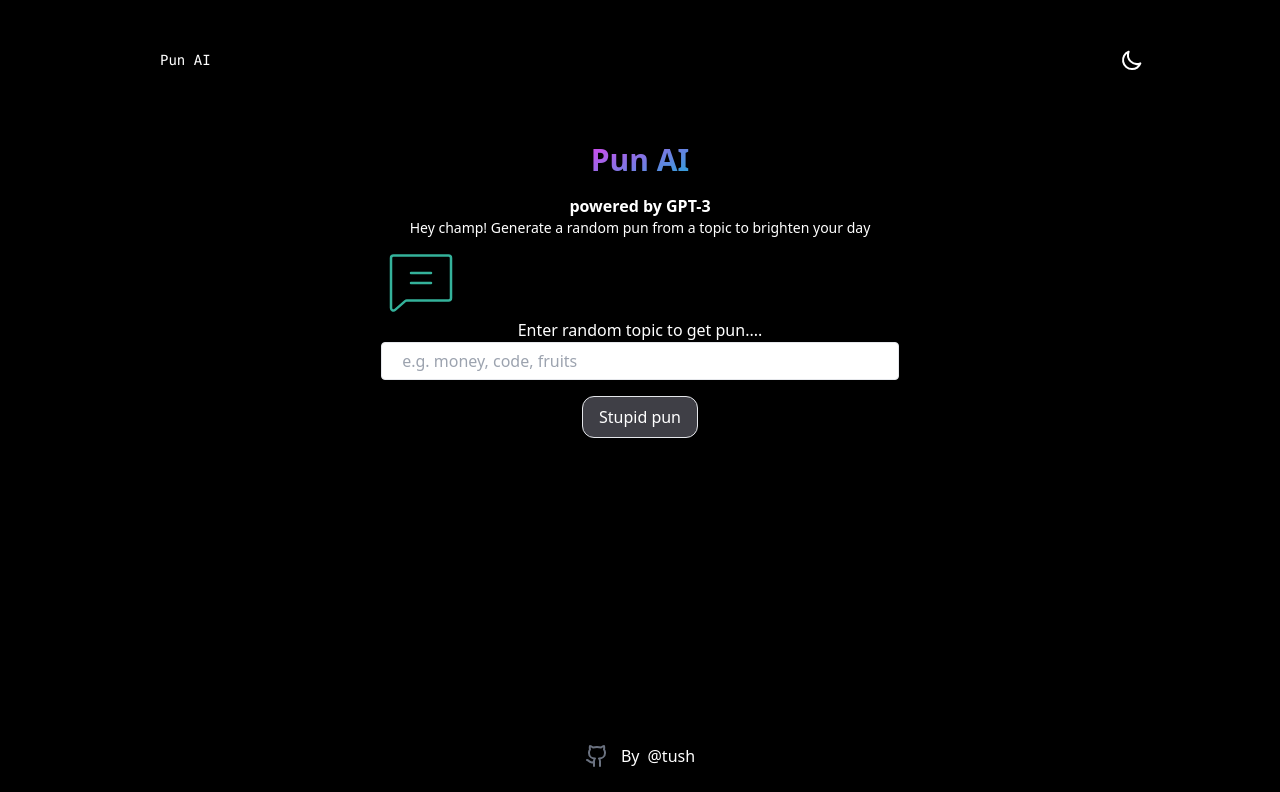
Repository: tushcmd/next-puns-ai
Page: /
The author's editor kept a copy of each file at every save. The page is drawn from the files as they stood at one save, then again after the next save.
The browser window is 1280 px wide. The pictures show the whole page.
The project was rebuilt for these pictures with package versions that can differ from the ones it lists, and the page was loaded fresh each time. The framework's server and built-in components were replaced by stand-ins that run in the browser. Also part of the build but not shown: next.config.mjs, app/components/Spinner.tsx.

Above is the page before, as saved 2024-03-08 06:36:26.

### app/layout.tsx
import type { Metadata } from "next";
import { Inter } from "next/font/google";
import "./globals.css";
import { Providers } from './components/providers'

const inter = Inter({ subsets: ["latin"] });

export const metadata: Metadata = {
  title: "Create Next App",
  description: "Generated by create next app",
};

export default function RootLayout({
  children,
}: Readonly<{
  children: React.ReactNode;
}>) {
  return (
    <html lang="en">
      <body className={`bg-background text-color {inter.className} w-full overflow-y-visible overflow-x-hidden`}>
        <Providers>
          {children}
        </Providers>

      </body>
    </html>
  );
}

### app/page.tsx
import Footer from "./components/footer";
import Header from "./components/header";
import Hero from "./components/hero";



export default function Home() {

  return (
    <main className="flex min-h-screen flex-col items-center">
      <Header />
      <Hero />
      <Footer />
    </main>
  );
}



 {/* async function handleSubmit(e: FormEvent:<HTMLFormElement>) {
    return ;
  }    */}

{/*Nav*/}
{/*
      <div className="z-10 max-w-5xl w-full items-center justify-between font-mono text-sm lg:flex">
        <p className="fixed left-0 top-0 flex w-full justify-center border-b border-gray-300 bg-gradient-to-b from-zinc-200 py-2 backdrop-blur-2xl dark:border-neutral-800 dark:bg-zinc-800/30 dark:from-inherit lg:static lg:w-auto  lg:rounded-xl lg:border lg:bg-gray-200 lg:p-0 lg:dark:bg-zinc-800/30">
          Pun AI
        </p>

        <div className="fixed bottom-0 left-0 flex h-48 w-full items-end justify-center bg-gradient-to-t from-white via-white dark:from-black dark:via-black lg:static lg:h-auto lg:w-auto lg:bg-none">
          {/*<div>
            Dak
       </div>
          <a
            className="pointer-events-none flex place-items-center gap-2 p-8 lg:pointer-events-auto lg:p-0"
            href="https://tushdev.co/"
            target="_blank"
            rel="noopener noreferrer"
          >
            By{" "}
            <p>@tush</p>
          </a>
        </div>
      </div>

      <div className="relative flex flex-col place-items-center before:absolute before:h-[300px] before:w-full sm:before:w-[480px] before:-translate-x-1/2 before:rounded-full before:bg-gradient-radial before:from-white before:to-transparent before:blur-2xl before:content-[''] after:absolute after:-z-20 after:h-[180px] after:w-full sm:after:w-[240px] after:translate-x-1/3 after:bg-gradient-conic after:from-sky-200 after:via-blue-200 after:blur-2xl after:content-[''] before:dark:bg-gradient-to-br before:dark:from-transparent before:dark:to-blue-700 before:dark:opacity-10 after:dark:from-sky-900 after:dark:via-[#0141ff] after:dark:opacity-40 before:lg:h-[360px] z-[-1]">
        <p className="p-4 lg:pb-8 text-xl">
          Generate a random pun from a topic to brighten your day <br /> with Pun AI
        </p>
        <svg
          xmlns="http://www.w3.org/2000/svg"
          width="156"
          height="156"
          viewBox="0 0 24 24"
          fill="none"
          stroke="#FFFFFF"
          stroke-width="2"
          stroke-linecap="round"
          stroke-linejoin="round"
          className="lucide lucide-smile"><circle cx="12" cy="12" r="10" /><path d="M8 14s1.5 2 4 2 4-2 4-2" /><line x1="9" x2="9.01" y1="9" y2="9" /><line x1="15" x2="15.01" y1="9" y2="9"
          />
        </svg>
      </div>

      <form className="flex flex-col justify-between mb-32 text-center lg:max-w-3xl lg:w-full lg:mb-0 lg:grid-cols-4">
        <div className='w-full mb-4'>
          <label className="block items-center justify-center mb-4" htmlFor="prompt-input">
            Enter random topic to get pun...
          </label>
          <input
            className="shadow appearance-none border rounded w-full py-2 px-3 text-gray-700 leading-tight focus:outline-none focus:shadow-outline"
            id="prompt-input"
            type="text"
            placeholder="e.g. money, code, fruits">
          </input>
        </div>
        <button
          type="submit"
          className="bg-blue-500 hover:bg-blue-700 text-white font-bold py-2 px-4 rounded focus:outline-none focus:shadow-outline"
        >
          Generate Pun
        </button>
      </form> */}

### app/globals.css
@tailwind base;
@tailwind components;
@tailwind utilities;


@layer base {
  :root {
    --foreground-rgb: 255, 255, 255;
    --background-start-rgb: 0, 0, 0;
    --background-end-rgb: 0, 0, 0;
  }

  [data-theme="dark"] {
    --foreground-rgb: 0, 0, 0;
    --background-start-rgb: 214, 219, 220;
    --background-end-rgb: 255, 255, 255;
  }


}


* {
  scroll-behavior: smooth;
}


body {
  color: rgb(var(--foreground-rgb));
  background: linear-gradient(
      to bottom,
      transparent,
      rgb(var(--background-end-rgb))
    )
    rgb(var(--background-start-rgb));
}

@layer utilities {
  .text-balance {
    text-wrap: balance;
  }
}

### app/components/providers.tsx
// app/providers.jsx

'use client'

import { ThemeProvider } from 'next-themes'
import React from 'react'

interface ProvidersProps {
  children: React.ReactNode;
}

export function Providers({ children }: ProvidersProps) {
  return <ThemeProvider>{children}</ThemeProvider>
}

### app/components/footer.tsx
import Link from "next/link";


export default function Footer() {
    return (
        <div className="inline-flex p-6 max-w-3xl gap-3 items-center text-center">
            <div>
                <Link
                    href="https://github.com/#"
                    target="_blank"
                    rel="noreferrer"
                    className="text-gray-500 hover:text-gray-900 dark:text-gray-400 dark:hover:text-gray-200"
                >
                    <svg xmlns="http://www.w3.org/2000/svg" width="24" height="24" viewBox="0 0 24 24" fill="none" stroke="currentColor" stroke-width="2" stroke-linecap="round" stroke-linejoin="round" className="lucide lucide-github"><path d="M15 22v-4a4.8 4.8 0 0 0-1-3.5c3 0 6-2 6-5.5.08-1.25-.27-2.48-1-3.5.28-1.15.28-2.35 0-3.5 0 0-1 0-3 1.5-2.64-.5-5.36-.5-8 0C6 2 5 2 5 2c-.3 1.15-.3 2.35 0 3.5A5.403 5.403 0 0 0 4 9c0 3.5 3 5.5 6 5.5-.39.49-.68 1.05-.85 1.65-.17.6-.22 1.23-.15 1.85v4" /><path d="M9 18c-4.51 2-5-2-7-2" /></svg>
                </Link>
            </div>
            <Link
                className="pointer-events-none flex place-items-center gap-2 px-8 lg:pointer-events-auto lg:p-0"
                href="https://tushdev.co/"
                target="_blank"
                rel="noopener noreferrer"
            >
                By{" "}
                <p>@tush</p>
            </Link>

        </div>
    )
}

### app/components/header.tsx
import Link from "next/link";
import ThemeSwitchButton from "./ThemeSwitchButton";

export default function Header() {
    return (
        <header className="fixed flex justify-center items-center w-full t-0 md:pb-4 md:pt-4 backdrop-blur-2xl">
            <div className="flex flex-row items-center w-full py-6 md:max-w-5xl justify-between font-mono text-sm">
                <Link
                    className="px-8"
                    href='/'
                >
                    Pun AI
                </Link>

                <ThemeSwitchButton />
            </div>
        </header>


    );
}


{/*<header className = 'fixed flex justify-center items-center w-full z-50 t-0 border-gray-300 bg-gradient-to-b from-zinc-200 pb-6 pt-8 backdrop-blur-2xl dark:border-neutral-800 dark:bg-zinc-800/30 dark:from-inherit lg:static  lg:rounded-xl lg:border lg:bg-gray-200 lg:p-4 lg:dark:bg-zinc-800/30'>
            <div className="flex items-start md:max-w-5xl py-3 w-auto md:px-5 px-5 justify-start font-mono text-sm">
                <Link href='/' className=''> Pun AI</Link>
            </div>
        </header> */}

{/*} <div className="flex flex-row z-10 max-w-5xl w-full items-center justify-between font-mono text-sm">
            <p className="fixed left-0 top-0 flex items-start border-b border-gray-300 bg-gradient-to-b from-zinc-200 pb-6 pt-8 backdrop-blur-2xl dark:border-neutral-800 dark:bg-zinc-800/30 dark:from-inherit lg:static w-auto  lg:rounded-xl lg:border lg:bg-gray-200 lg:p-4 lg:dark:bg-zinc-800/30">
                Pun AI
            </p>
            <p>h2</p>
        </div> */}

### app/components/hero.tsx
'use client'

import { useState, FormEvent } from "react";
import Spinner from "./Spinner";




export default function Hero() {

    const [pun, setPun] = useState("");
    const [punLoading, setPunLoading] = useState(false);
    const [punLoadingError, setPunLoadingError] = useState(false);

    async function handleSubmit(e: FormEvent<HTMLFormElement>) {
        e.preventDefault();
        const formData = new FormData(e.target as HTMLFormElement);
        const prompt = formData.get("prompt")?.toString().trim();

        if (prompt) {
            try {
                setPun("");
                setPunLoadingError(false);
                setPunLoading(true);

                const response = await fetch("/api/cringe?prompt=" + encodeURIComponent(prompt));
                const body = await response.json();
                setPun(body.pun);
            } catch (error) {
                console.error(error);
                setPunLoadingError(true);
            } finally {
                setPunLoading(false);
            }
        }
    }



    return (
        <div className="flex flex-col relative justify-center items-center h-screen md:py-10 py-6 overflow-wrap max-w-3xl px-5">
            <p className="text-3xl font-bold pb-4 bg-gradient-to-br from-fuchsia-500 to-cyan-500 bg-clip-text text-transparent">Pun AI</p>
            <p className="text-base font-bold">powered by GPT-3</p>
            <div className="text-sm">Hey champ! Generate a random pun from a topic to brighten your day</div>
            <div className='mx-[2rem] relative w-full flex items-center aspect-[1o/5]'>
                <svg xmlns="http://www.w3.org/2000/svg" width="80" height="80" fill="#34b29b" viewBox="0 0 256 256"><path d="M216,52H40A12,12,0,0,0,28,64V224a11.89,11.89,0,0,0,6.93,10.88A12.17,12.17,0,0,0,40,236a11.89,11.89,0,0,0,7.69-2.83l.06-.06,32.14-28.17A4,4,0,0,1,82.5,204H216a12,12,0,0,0,12-12V64A12,12,0,0,0,216,52Zm4,140a4,4,0,0,1-4,4H82.5a12.1,12.1,0,0,0-7.79,2.87l-32.16,28.2A4,4,0,0,1,36,224V64a4,4,0,0,1,4-4H216a4,4,0,0,1,4,4Zm-56-80a4,4,0,0,1-4,4H96a4,4,0,0,1,0-8h64A4,4,0,0,1,164,112Zm0,32a4,4,0,0,1-4,4H96a4,4,0,0,1,0-8h64A4,4,0,0,1,164,144Z"></path></svg>
            </div>
            <form onSubmit={handleSubmit} className='flex flex-col justify-between mb-32 text-center items-center'>
                <div className='mb-4'>
                    <label
                        className="pb-8"
                    >
                        Enter random topic to get pun....
                    </label>
                    <input
                        className="shadow appearance-none border rounded w-full py-2 px-5 bg-white text-black dark:text-white leading-tight focus:outline-none focus:shadow-outline"
                        id="prompt-input"
                        type="text"
                        placeholder="e.g. money, code, fruits">
                    </input>
                </div>
                <button type='submit' className='mb-3 border static rounded-xl bg-zinc-700 py-2 px-4 hover:bg-zinc-400 dark:bg-white' disabled={punLoading}>
                    Stupid pun
                </button>
            </form>

            {punLoading && <Spinner />}
            {punLoadingError && "Something went wrong. Please try again."}
            {pun && <h5>{pun}</h5>}
        </div>
    )
}

### app/components/ThemeSwitchButton.tsx
'use client'

import { useEffect, useState } from 'react';
import { useTheme } from 'next-themes';

export default function ThemeSwitchButton() {
    const [mounted, setMounted] = useState(false);
    const { resolvedTheme, setTheme } = useTheme();
    // After mounting, we have access to the theme
    useEffect(() => setMounted(true), []);

    return (

        <button
            aria-label="Toggle Dark Mode"
            type="button"
            className="w-10 h-10  flex items-center justify-center hover:bg-neutral-200 hover:dark:bg-neutral-600 rounded-full transition-all"
            onClick={() =>
                setTheme(resolvedTheme === "dark" ? "light" : "dark")
            }
        >
            {mounted && (
                <svg xmlns="http://www.w3.org/2000/svg"
                    fill="none"
                    viewBox="0 0 24 24"
                    strokeWidth="1.5"
                    stroke="currentColor"
                    className="w-6 h-6 switch">

                    {resolvedTheme === "dark" ? (
                        <path
                            strokeLinecap="round"
                            strokeLinejoin="round"
                            strokeWidth={2}
                            d="M12 3v1m0 16v1m9-9h-1M4 12H3m15.364 6.364l-.707-.707M6.343 6.343l-.707-.707m12.728 0l-.707.707M6.343 17.657l-.707.707M16 12a4 4 0 11-8 0 4 4 0 018 0z"
                        />

                    ) : (
                        <path
                            strokeLinecap="round"
                            strokeLinejoin="round"
                            strokeWidth={2}
                            d="M20.354 15.354A9 9 0 018.646 3.646 9.003 9.003 0 0012 21a9.003 9.003 0 008.354-5.646z"
                        />

                    )}
                </svg>
            )
            }
        </button >

    )
}

### tailwind.config.ts
import type { Config } from "tailwindcss";

const config: Config = {
  darkMode: "class",
  content: [
    "./pages/**/*.{js,ts,jsx,tsx,mdx}",
    "./components/**/*.{js,ts,jsx,tsx,mdx}",
    "./app/**/*.{js,ts,jsx,tsx,mdx}",
  ],
  theme: {
    extend: {
      backgroundImage: {
        "gradient-radial": "radial-gradient(var(--tw-gradient-stops))",
        "gradient-conic":
          "conic-gradient(from 180deg at 50% 50%, var(--tw-gradient-stops))",
      },

      screens: {
        sm: '480px',
        md: '768px',
        lg: '976px',
        xl: '1440px',
      },
    },
  },
  plugins: [],
};
export default config;

After the next save:
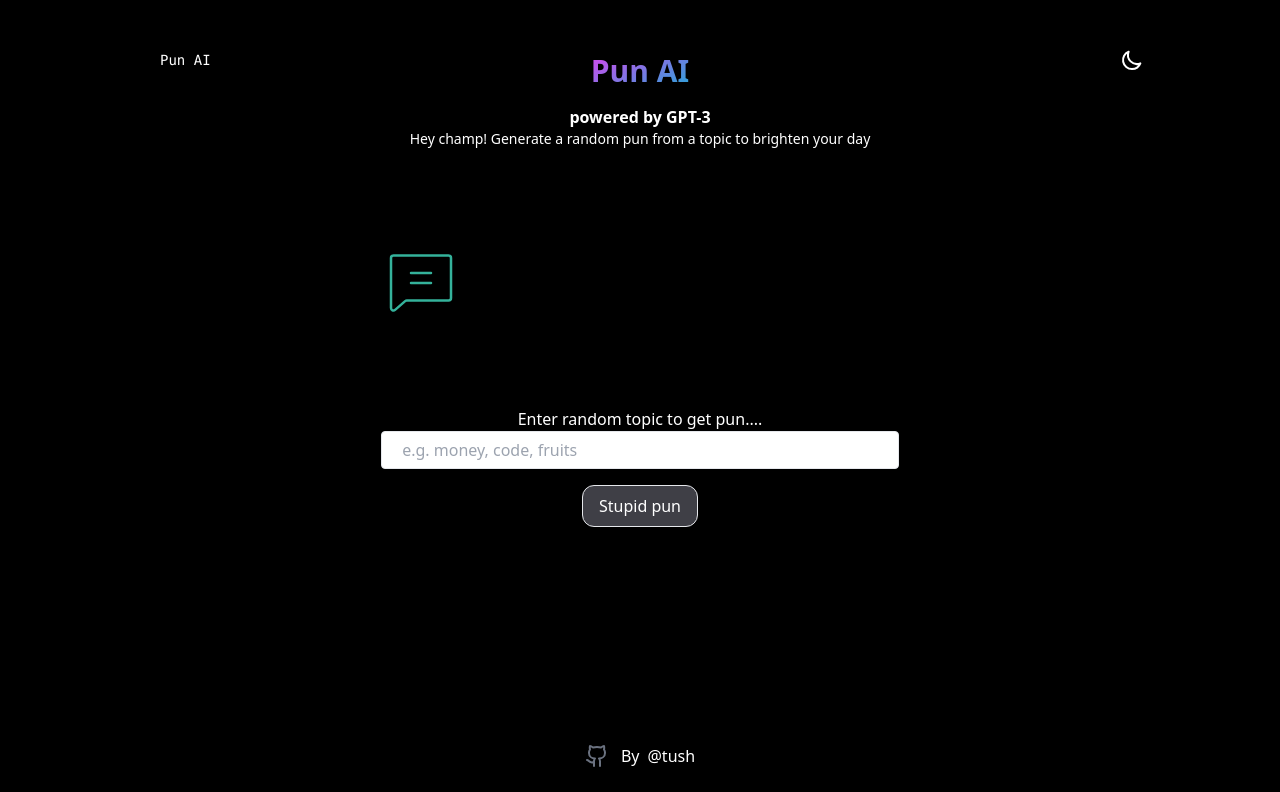
Saved 8 s later.
--- a/app/components/hero.tsx
+++ b/app/components/hero.tsx
@@ -42,7 +42,7 @@
             <p className="text-3xl font-bold pb-4 bg-gradient-to-br from-fuchsia-500 to-cyan-500 bg-clip-text text-transparent">Pun AI</p>
             <p className="text-base font-bold">powered by GPT-3</p>
             <div className="text-sm">Hey champ! Generate a random pun from a topic to brighten your day</div>
-            <div className='mx-[2rem] relative w-full flex items-center aspect-[1o/5]'>
+            <div className='mx-[2rem] relative w-full flex items-center aspect-[10/5]'>
                 <svg xmlns="http://www.w3.org/2000/svg" width="80" height="80" fill="#34b29b" viewBox="0 0 256 256"><path d="M216,52H40A12,12,0,0,0,28,64V224a11.89,11.89,0,0,0,6.93,10.88A12.17,12.17,0,0,0,40,236a11.89,11.89,0,0,0,7.69-2.83l.06-.06,32.14-28.17A4,4,0,0,1,82.5,204H216a12,12,0,0,0,12-12V64A12,12,0,0,0,216,52Zm4,140a4,4,0,0,1-4,4H82.5a12.1,12.1,0,0,0-7.79,2.87l-32.16,28.2A4,4,0,0,1,36,224V64a4,4,0,0,1,4-4H216a4,4,0,0,1,4,4Zm-56-80a4,4,0,0,1-4,4H96a4,4,0,0,1,0-8h64A4,4,0,0,1,164,112Zm0,32a4,4,0,0,1-4,4H96a4,4,0,0,1,0-8h64A4,4,0,0,1,164,144Z"></path></svg>
             </div>
             <form onSubmit={handleSubmit} className='flex flex-col justify-between mb-32 text-center items-center'>
